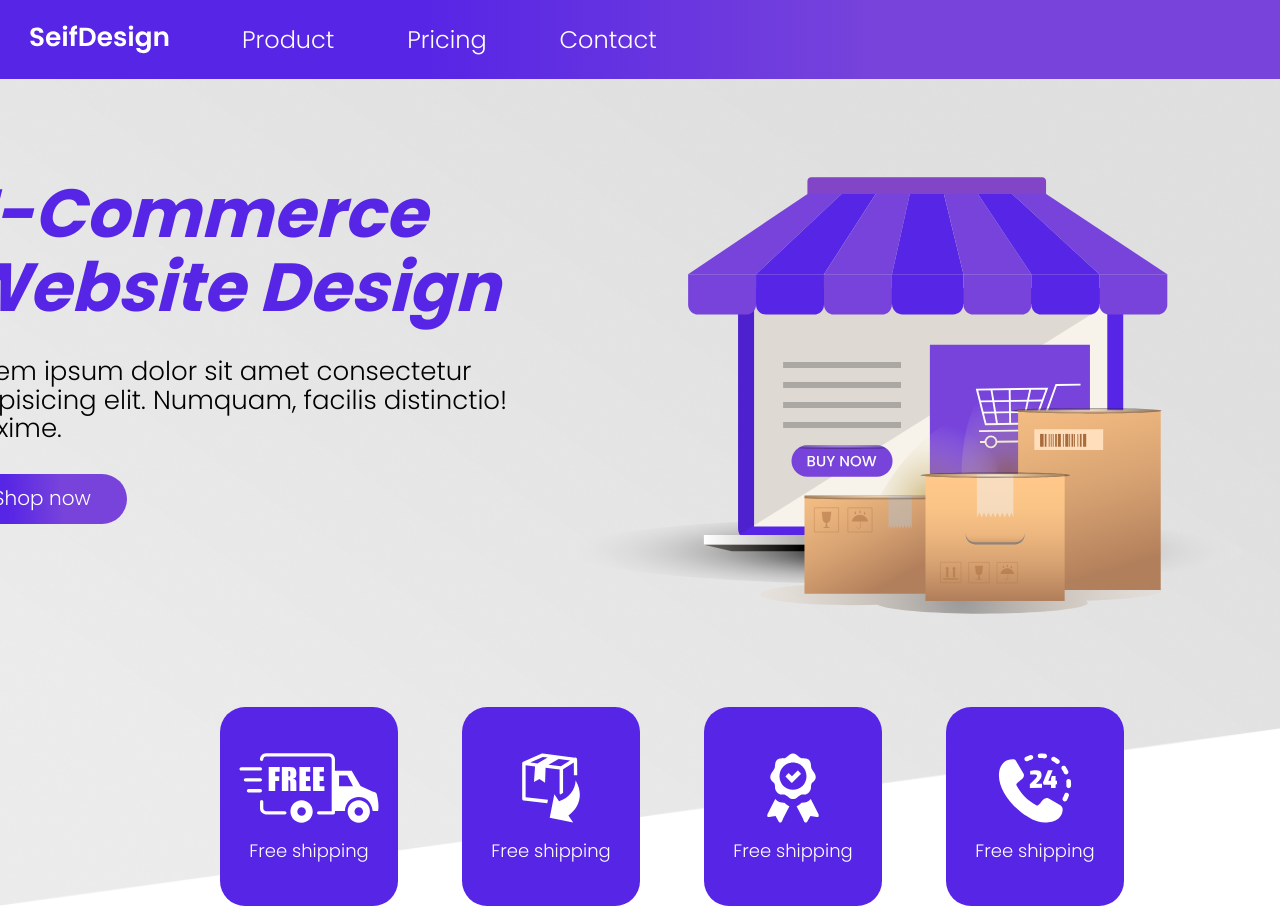
Repository: simralgasimov/newpage
Page: index.html
These files come from the project's save history. The page is drawn as it stood at one moment and after a run of saves; the edit follows.
The browser window is 1280 px wide. The pictures show the whole page.
The style sheet was rebuilt from its Sass, Less or Tailwind sources for each picture, by a compiler version that may differ from the author's.

Above is the page before, as saved 2023-12-13 15:16:21.
Not found: index.js

### index.html
<!DOCTYPE html>
<html lang="en">
  <head>
    <meta charset="UTF-8" />
    <meta name="viewport" content="width=device-width, initial-scale=1.0" />
    <title>Document</title>
    <link rel="stylesheet" href="./reset.css" />
    <link rel="stylesheet" href="./index.css" />
  </head>
  <body>
    <div class="container">
      <nav>
        <!-- <div class="logo"> -->
          <img class="logo-img" src=".//image/SeifDesign.svg" alt="" />
        <!-- </div> -->
        <ul>
          <li><a href="#">Product</a></li>
          <li><a href="#">Pricing</a></li>
          <li><a href="#">Contact</a></li>
        </ul>
        <div class="burgerMenu">
          <img src="./image/Frame 1.svg" alt="" />
        </div>
      </nav>
      <div class="box-container">
        <div class="box-1">
          <div class="text-container">
            <h1>E-Commerce Website Design</h1>
            <p>
              Lorem ipsum dolor sit amet consectetur adipisicing elit. Numquam,
              facilis distinctio! Maxime.
            </p>
            <button><a href="#">Shop now</a></button>
          </div>

            <img class="house-img" src=".//image/Group (1).svg" alt="" />

        </div>

          <ul>
            <li>
              <img src="./image/Group (2).svg" alt="" />
              <p>Free shipping</p>
            </li>

            <li>
              <img src="./image/Vector (1).svg" alt="" />
              <p>Free shipping</p>
            </li>
            <li>
              <img src="./image/Group (3).svg" alt="" />
              <p>Free shipping</p>
            </li>
            <li>
              <img src="./image/Vector (2).svg" alt="" />
              <p>Free shipping</p>
            </li>
          </ul>
        </div>

    </div>

  </body>
  <script src="./index.js"></script>
</html>

### index.scss
@import url("https://fonts.googleapis.com/css2?family=Poppins:wght@300;700&display=swap");
* {
  margin: 0;
  padding: 0;
  box-sizing: border-box;
}
.container {
  background-image: url("./image/Rectangle\ 3.png");
  background-repeat: no-repeat;
  background-size: 100% 100%;
  min-height: 100vh;
  width: 100%;
  nav {
    display: flex;
    align-items: center;
    background: linear-gradient(270deg, #7743db 31.64%, #5725e5 66.78%);
    padding: 20px 30px;
    @media screen and (max-width: 1024px) {
      justify-content: space-between;
    }
    .burgerMenu {
      display: none;
      @media screen and (max-width: 1024px) {
        display: block;
      }
    }
    .logo-img {
      width: 139px;
      height: 39px;
      @media screen and (max-width: 1024px) {
        width: 97px;
        height: 27px;
      }
    }

    ul {
        display: flex;
        /* margin-left: 200px; */
      @media screen and (max-width: 1024px) {
        display: none;
      }


      li {
        margin-left: 73px;
        list-style-type: none;
        a {
          text-decoration: none;
          width: 98px;
          height: 30px;
          color: #fff;
          text-align: center;
          font-family: Poppins;
          font-size: 24px;
          font-style: normal;
          font-weight: 300;
          line-height: normal;
        }
      }
    }
  }
}
.box-container {
  .box-1 {
    padding: 98px 164px 43px 83px;
    display: flex;
    justify-content: center;
    @media screen and (max-width: 1024px) {
padding: 0 10px;
padding-top: 100px;
flex-direction: column-reverse;
align-items: center;   }
    .text-container {
      h1 {
        margin-bottom: 32px;
        width: 608px;
        font-family: Poppins;
        font-size: 68px;
        font-style: italic;
        font-weight: 700;
        line-height: 109%; /* 74.12px */
        color: #5725e5;
        @media screen and (max-width: 1024px) {
        font-size: 40px;
        width: 100%;
        text-align: center;
        }

      }
      p {
        width: 608px;
        color: #000;
        font-family: Poppins;
        font-size: 26px;
        font-style: normal;
        font-weight: 300;
        line-height: 109%;
        @media screen and (max-width: 1024px) {
        font-size: 20px;
        width: 100%;
        }
      }
      button {
        border: none;
        margin-top: 32px;
        display: flex;
        width: 170px;
        height: 50px;
        display: flex;
        justify-content: center;
        align-items: center;
        border-radius: 25px;
        background: linear-gradient(263deg, #7743db 38.81%, #5725e5 70.24%);

        @media screen and (max-width: 1024px) {
            width: 170px;
            height: 50px;
            margin: auto;
        }
        a {
          text-decoration: none;
          color: #fff;
          font-family: Poppins;
          font-size: 20px;
          font-style: normal;
          font-weight: 400;
          line-height: 109%; /* 21.8px */
          @media screen and (max-width: 1024px) {
        font-size: 20px;
        }
        }
      }
    }

    .house-img {
      width: 677.61px;
      height: 437.417px;
      @media screen and (max-width: 1024px) {
      width: 352px;
height: 256.511px;}
    }
  }

  ul {
    display: flex;
    justify-content: center;
    flex-wrap: wrap;

    li {
      margin-left: 64px;
      margin-top: 50px;
      display: flex;
      width: 178px;
      height: 199px;
      padding: 10px;
      flex-direction: column;
      justify-content: center;
      align-items: center;
      gap: 18px;
      border-radius: 25px;
      background: #5725e5;
      img {
        width: 139.997px;
        height: 70px;
      }
      p {
        color: #fff;
        text-align: center;
        font-family: Poppins;
        font-size: 18px;
        font-style: normal;
        font-weight: 400;
        line-height: 109%; /* 19.62px */
      }
    }
  }
}

Loaded but not shown: reset.css (common file)

After the next 2 saves:
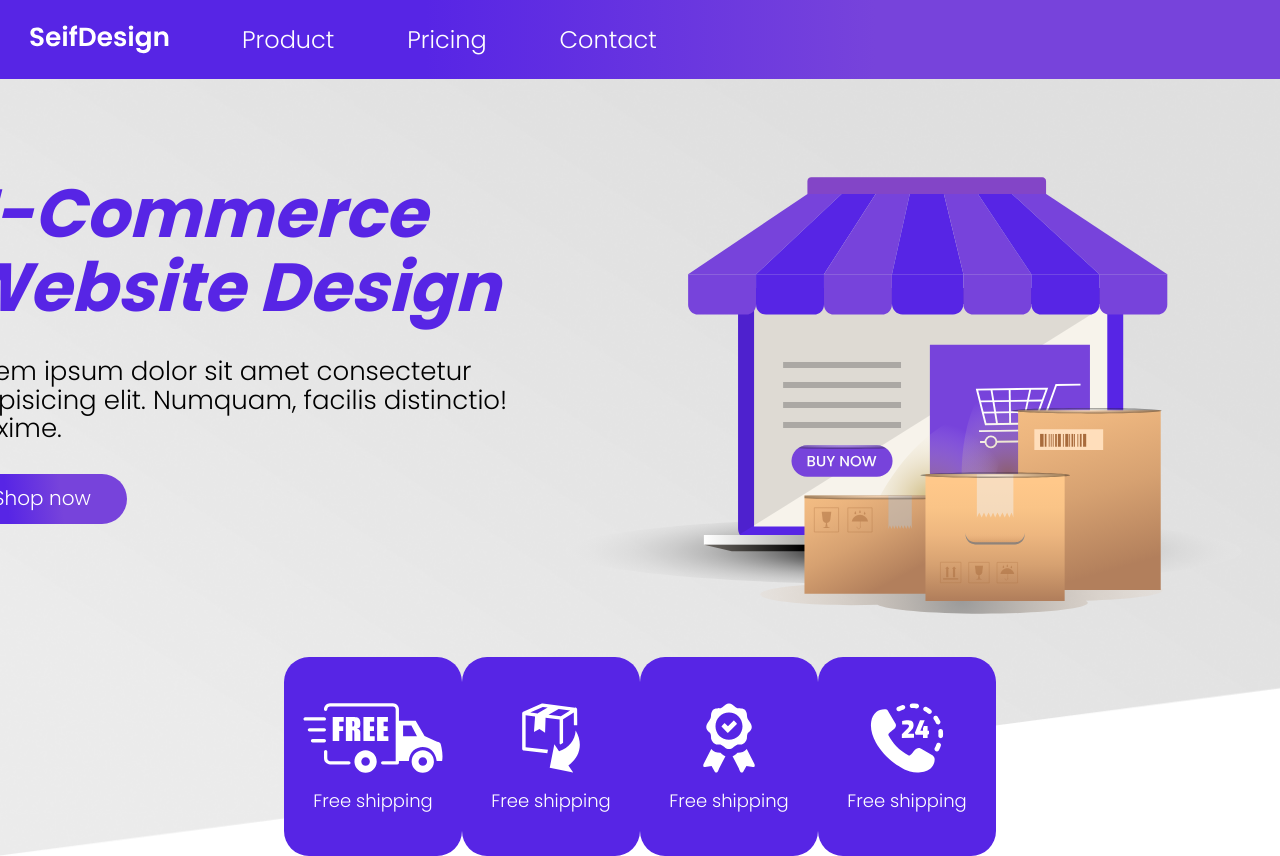
The 2 saves are shown as one change because they came seconds apart.
The last was saved 33 s later.
--- a/index.scss
+++ b/index.scss
@@ -147,8 +147,6 @@ height: 256.511px;}
     flex-wrap: wrap;
 
     li {
-      margin-left: 64px;
-      margin-top: 50px;
       display: flex;
       width: 178px;
       height: 199px;
